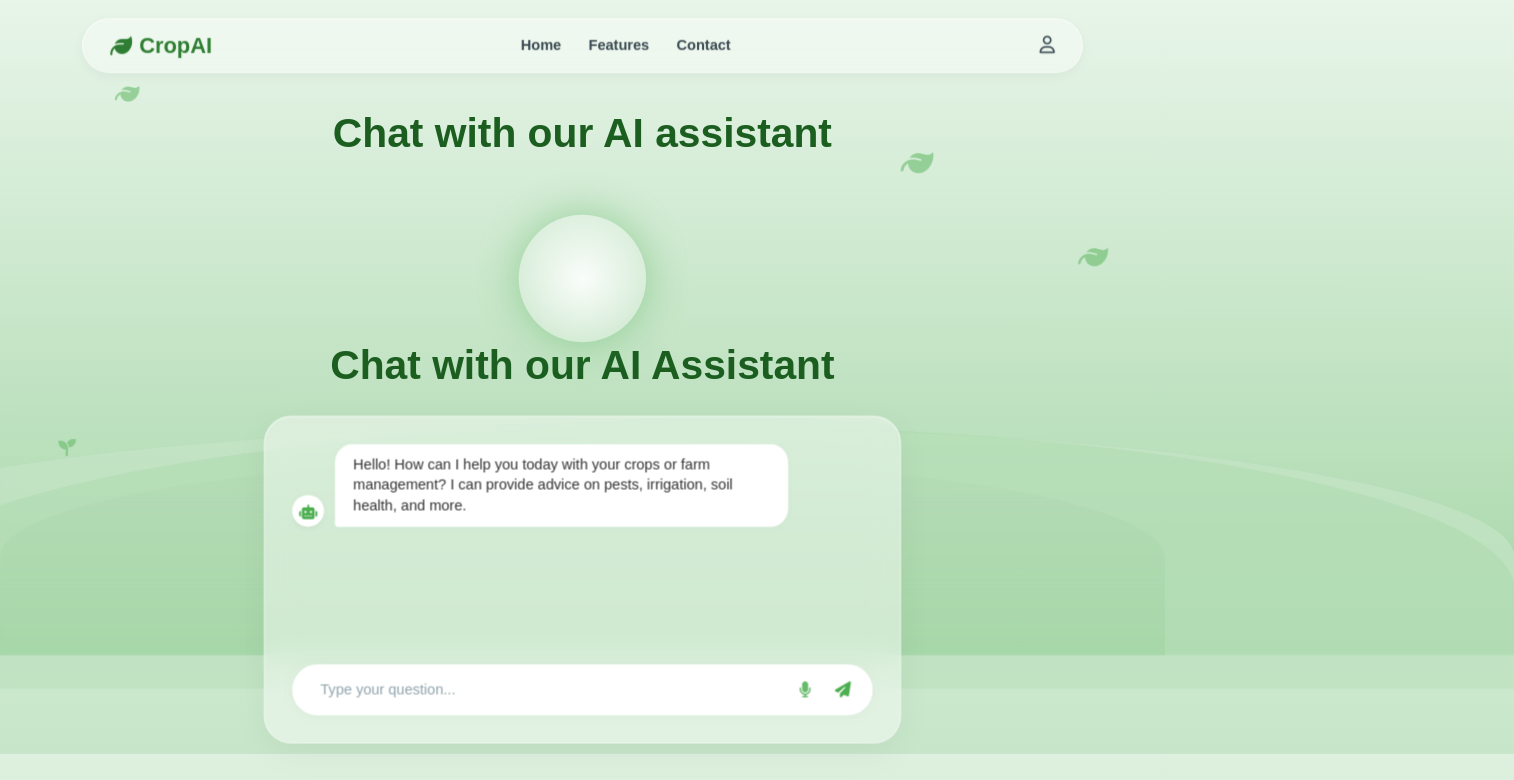
Repository: abhay1maurya/Systemcropadvag
Page: http://localhost/multilingualchatbot
The author's editor kept a copy of each file at every save. The page is drawn from the files as they stood at one save, then again after the next save.
The browser window is 1280 px wide. The page is 1664 px wide, so the pictures cover 1664 px, including what lies to the right of the window. The pictures show the whole page, at 91% of full size.
Pictures or frames that could not be fetched are drawn as grey boxes. Some web fonts or font styles are not loaded; a fallback is used. The page is this project's Thymeleaf template; nobody is signed in. The template is opened directly, without the code that normally fills it, so the values that code supplies are empty.

Above is the page before, as saved 2025-12-18 17:23:06.

After the next save:
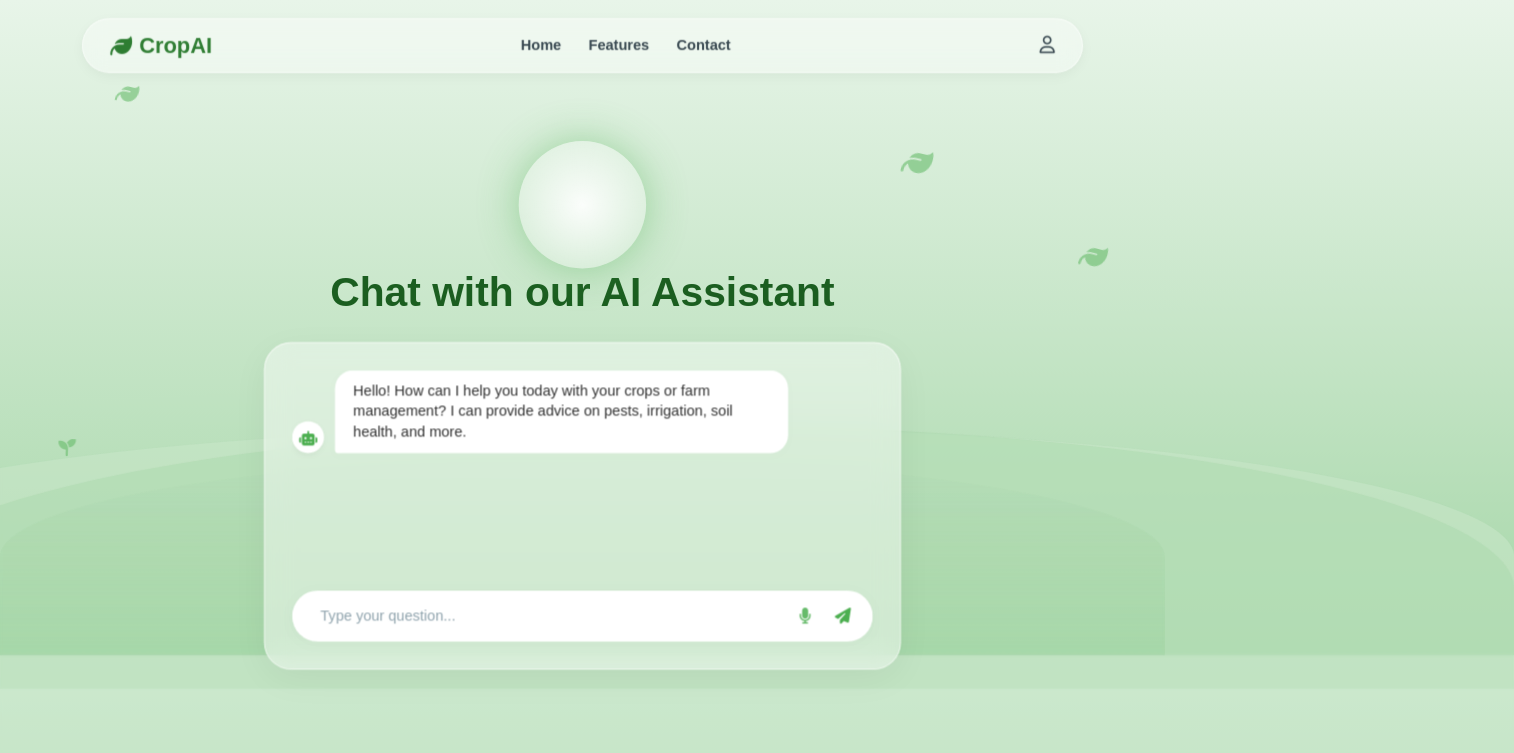
Saved 51 min 0 s later.
--- a/Smart_crop_advisory_system_Frouent/src/main/resources/templates/multilingualchatbot.html
+++ b/Smart_crop_advisory_system_Frouent/src/main/resources/templates/multilingualchatbot.html
@@ -390,9 +390,6 @@
 
     <main>
 
-            <h1>Chat with our AI assistant</h1>
-
-
             <!-- AVATAR -->
 			    <div class="avatar-section">
 			        <div class="avatar-glow">
@@ -408,6 +405,8 @@
 			                <source src="gif/bot.mp4" type="video/mp4">
 			            </video>
 
+                        <audio id="botAudio" src="bot.mp3" preload="auto"></audio>
+
 			            <!-- IMAGE -->
 			            <img
 			                id="botImage"
@@ -446,15 +445,38 @@
     </main>
 
         <!-- ================= JS ================= -->
-    <script>
-        const video = document.getElementById("botVideo");
-        const image = document.getElementById("botImage");
-
-        video.addEventListener("ended", () => {
-            video.classList.add("hidden");
-            image.classList.remove("hidden");
-        });
-    </script>
+            <script>
+                const video = document.getElementById("botVideo");
+                const image = document.getElementById("botImage");
+                const audio = document.getElementById("botAudio");
+
+                let started = false;
+
+                function startBot() {
+                    if (started) return;
+                    started = true;
+
+                    video.muted = false;   // allow sound
+                    video.play();
+
+                    audio.currentTime = 0;
+                    audio.play().catch(() => {
+                        console.log("Audio blocked");
+                    });
+                }
+
+                // First user interaction unlocks audio
+                document.addEventListener("click", startBot, { once: true });
+                document.addEventListener("keydown", startBot, { once: true });
+
+                video.addEventListener("ended", () => {
+                    audio.pause();
+                    audio.currentTime = 0;
+
+                    video.classList.add("hidden");
+                    image.classList.remove("hidden");
+                });
+            </script>
 
 
     <script src="jsfile/multilingualchatbot.js"></script>
